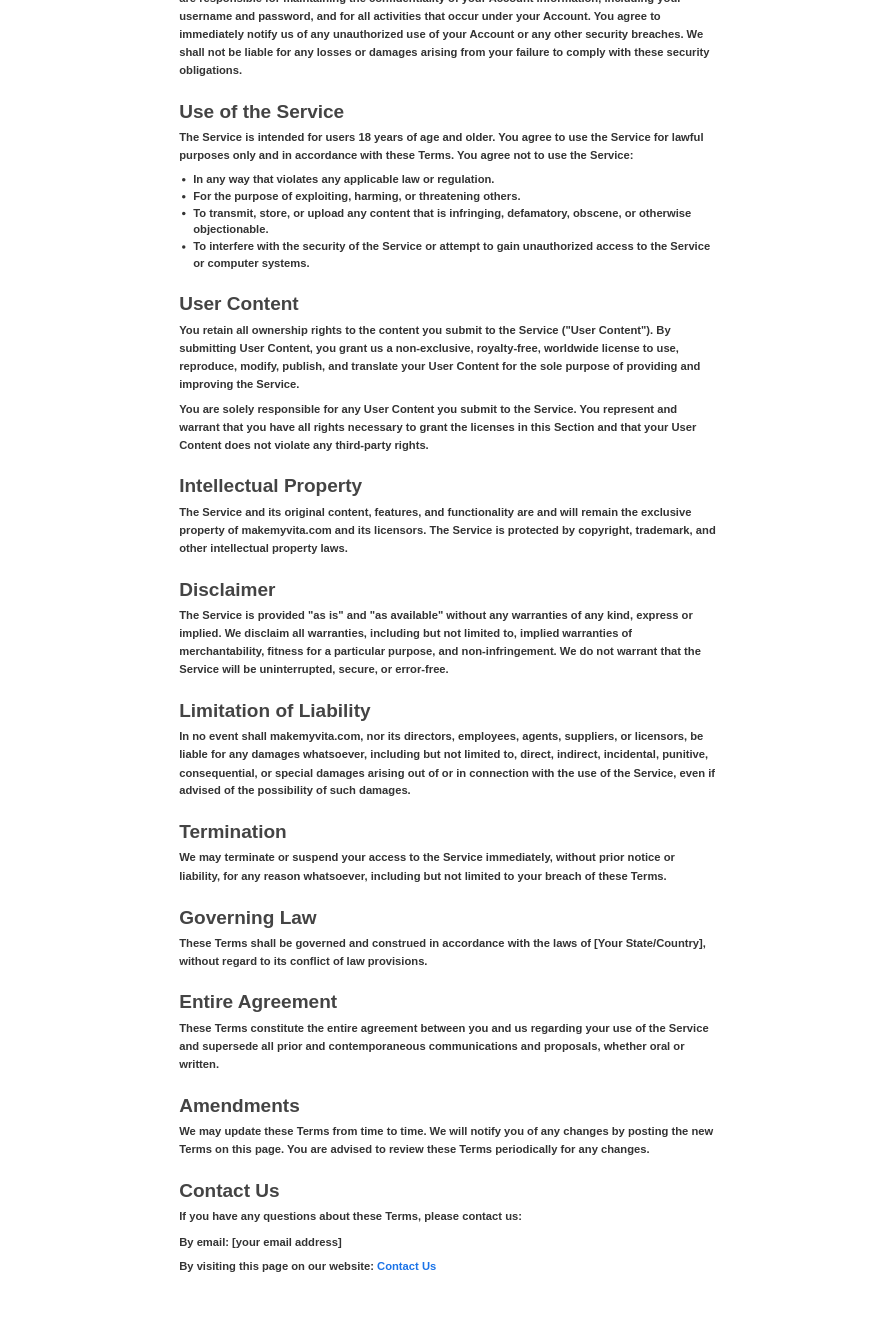
Repository: Tejaakshaykumar/MakeMyVita-Resume-Builder-Website
Page: /T&C (app in frontend/)
These files come from the project's save history. The page is drawn as it stood at one moment and after the next save; the edit follows.
The browser window is 1280 px wide. The pictures show the part of the page from y = 598 to 2518 px (the page is 2725 px tall before and 2754 px after), at 70% of full size.
Some web libraries are served in a nearby version. The project was rebuilt for these pictures with package versions that can differ from the ones it lists, and the page was loaded fresh each time. Also part of the build but not shown: frontend/src/App.css, frontend/src/containers/About.js, frontend/src/containers/Buildresume.js, frontend/src/containers/Images.js, frontend/src/containers/Features.js, frontend/src/containers/Review.js, frontend/src/containers/Trybox.js, frontend/src/containers/Motionbox.js and 5 more.

Above is the page before, as saved 2024-06-10 11:34:19.

### frontend/public/index.html
<!DOCTYPE html>
<html lang="en">
  <head>
    <meta charset="utf-8" />
    <link rel="icon" href="%PUBLIC_URL%/favicon.ico" />
    <meta name="viewport" content="width=device-width, initial-scale=1" />
    <meta name="theme-color" content="#000000" />
    <meta
      name="description"
      content="Web site created using create-react-app"
    />
    <link rel="apple-touch-icon" href="%PUBLIC_URL%/logo192.png" />
    <!--
      manifest.json provides metadata used when your web app is installed on a
      user's mobile device or desktop. See https://developers.google.com/web/fundamentals/web-app-manifest/
    -->
    <link rel="manifest" href="%PUBLIC_URL%/manifest.json" />
    <link rel="stylesheet" href="https://stackpath.bootstrapcdn.com/bootstrap/4.5.2/css/bootstrap.min.css">
  <link rel="stylesheet" href="https://stackpath.bootstrapcdn.com/font-awesome/4.7.0/css/font-awesome.min.css">
  <link href="https://cdn.jsdelivr.net/npm/bootstrap@5.3.3/dist/css/bootstrap.min.css" rel="stylesheet" integrity="sha384-QWTKZyjpPEjISv5WaRU9OFeRpok6YctnYmDr5pNlyT2bRjXh0JMhjY6hW+ALEwIH" crossorigin="anonymous">
  <link href="https://cdn.jsdelivr.net/npm/bootstrap-icons@1.7.2/font/bootstrap-icons.css" rel="stylesheet">
    <!--
      Notice the use of %PUBLIC_URL% in the tags above.
      It will be replaced with the URL of the `public` folder during the build.
      Only files inside the `public` folder can be referenced from the HTML.

      Unlike "/favicon.ico" or "favicon.ico", "%PUBLIC_URL%/favicon.ico" will
      work correctly both with client-side routing and a non-root public URL.
      Learn how to configure a non-root public URL by running `npm run build`.
    -->
    <title>React App</title>
  </head>
  <body>
    <noscript>You need to enable JavaScript to run this app.</noscript>
    <div id="root"></div>
    <!--
      This HTML file is a template.
      If you open it directly in the browser, you will see an empty page.

      You can add webfonts, meta tags, or analytics to this file.
      The build step will place the bundled scripts into the <body> tag.

      To begin the development, run `npm start` or `yarn start`.
      To create a production bundle, use `npm run build` or `yarn build`.
    -->
  </body>
  <script src="https://cdn.jsdelivr.net/npm/bootstrap@5.3.3/dist/js/bootstrap.bundle.min.js" integrity="sha384-YvpcrYf0tY3lHB60NNkmXc5s9fDVZLESaAA55NDzOxhy9GkcIdslK1eN7N6jIeHz" crossorigin="anonymous"></script>
</html>

### frontend/src/containers/Navbar.js
import React from 'react';
import { useNavigate } from 'react-router-dom';
import logo from '../images/HubSpot Brand Kit/Logo/PNG/main-logo-white-transparent.png';
export default function Navbar() {
  const navigate = useNavigate();
  const handleSigninClick = () => {
    navigate('/signin');
  };
  return (
    <div>

      <nav className="navbar fixed-top navbar-expand-lg bg-body-tertiary" data-bs-theme="dark" >
      <div className="container-fluid" >
        <a className="navbar-brand" href="/">
        <img src={logo} alt="Logo" style={{height:'5vh',width:'15vh',objectFit:'cover'}} />
        </a>
        <button
          className="navbar-toggler"
          type="button"
          data-bs-toggle="collapse"
          data-bs-target="#navbarSupportedContent"
          aria-controls="navbarSupportedContent"
          aria-expanded="false"
          aria-label="Toggle navigation"
        >
          <span className="navbar-toggler-icon" />
        </button>
        <div className="collapse navbar-collapse" id="navbarSupportedContent">
          <ul className="navbar-nav me-auto mb-2 mb-lg-0">
            <li className="nav-item">
              <a className="nav-link active" aria-current="page" href="/">
                Home
              </a>
            </li>
            <li className="nav-item">
              <a className="nav-link active" aria-current="page" href="#">
                ContactUs
              </a>
            </li>
            <li className="nav-item">
              <a className="nav-link active" aria-current="page" href="/FAQ">
                FAQ
              </a>
            </li>
          </ul>
          <form className="d-flex">
            <button className=" btn btn-outline-success custom-btn" type="submit" onClick={handleSigninClick}>
            &nbsp;&nbsp;&nbsp;&nbsp;&nbsp;Signin&nbsp;&nbsp;&nbsp;&nbsp;&nbsp;
            </button>
          </form>
        </div>
      </div>
    </nav>

    </div>
  );
}

### frontend/src/containers/Foot.js
import React from 'react';
import './cont.css'; // Import the CSS file

export default function Foot() {
  return (
    <footer>
      <div className="footer-container ">
        <ul className="footer-nav">
        <li className="nav-item">
            <a className="nav-link" href="/aboutus">
              ABOUT US
            </a>
          </li>
          <>|</>
          <li className="nav-item">
            <a className="nav-link" href="/T&C">
              TERMS & CONDITIONS
            </a>
          </li>
          <>|</>
        <li className="nav-item">
            <a className="nav-link" href="/privacy">
              PRIVACY POLICY
            </a>
          </li>
          <>|</>
          <li className="nav-item">
            <a className="nav-link" href="#">
              CONTACT US
            </a>
          </li>
          <>|</>
          <li className="nav-item">
            <a className="nav-link" href="/FAQ">
              FAQs
            </a>
          </li>
        </ul>
        <div class="social-icons">
        <a href="https://www.facebook.com" target="_blank" aria-label="Facebook">
          <i class="bi bi-facebook"></i>
        </a>
        <a href="https://www.instagram.com" target="_blank" aria-label="Instagram">
          <i class="bi bi-instagram"></i>
        </a>
        <a href="https://www.pinterest.com" target="_blank" aria-label="Pinterest">
          <i class="bi bi-pinterest"></i>
        </a>
        <a href="https://www.youtube.com" target="_blank" aria-label="YouTube">
          <i class="bi bi-youtube"></i>
        </a>
        <a href="https://www.linkedin.com" target="_blank" aria-label="LinkedIn">
          <i class="bi bi-linkedin"></i>
        </a>
        <a href="https://www.twitter.com" target="_blank" aria-label="Twitter">
          <i class="bi bi-twitter"></i>
        </a>
      </div>
      <div className="footer-copy">
          &copy; 2024 developed by Teja Akshay Kumar
      </div>
      </div>
    </footer>
  );
}

### frontend/src/containers/cont.css
/* navbar */
.custom-btn {
  color: white;
}
.custom-btn:hover {
  color: black;
  background-color: white;
}

.footer-container {
  height: 25vh;
  width: 100%;
  background-color: rgb(0, 0, 0);
  color: white;
  display: flex;
  flex-direction: column;
  align-items: center;
  /* padding-bottom: 3%; */
  /* justify-content: center; */
}

.footer-nav {
  display: flex;
  list-style: none;
  padding-top: 30px;
  margin: 0;
}

.footer-nav .nav-item {
  margin: 0 50px;
}

.footer-nav .nav-item .nav-link {
  color: white;
  text-decoration: none;
  /* text-transform: uppercase; */
  /* text-decoration: underline; */
}

.footer-nav .nav-item .nav-link:hover {
  text-decoration: underline;
}

.footer-copy {
  /* padding-top: 5%; */
  text-align: center;
  font-size: large;
  font-weight: 500;
  /* padding-bottom: 3%; */
}

.social-icons {
  display: flex;
  justify-content: center;
  gap: 40px;
  padding: 40px;
  /* background-color: #f0f0f0; */
}

.social-icons a {
  color: #ffffff;
  font-size: 24px;
  text-decoration: none;
}

.social-icons a:hover {
  color: #007bff;
}

/* Features */

.feature-component {
  height: 90vh;
  width: 100%;
  display: flex;
  justify-content: flex-start;
  flex-wrap: wrap;
  margin-top: 10%;
  padding-left: 8%;
  padding-right: 8%;
}
.feature {
  flex: 1 1 30%;
  box-sizing: border-box;
  padding: 20px;
  margin: 10px;
  text-align: center;
  background-color: #fff;
  border-radius: 8px;
  /* box-shadow: 0 4px 8px rgba(0, 0, 0, 0.1); */
}

.feature img {
  width: 60px;
  height:80px;
  margin-bottom: 10px;
}

.feature h3 {
  font-size: 1.5em;
  margin-bottom: 10px;
  font-weight: 500;
  font-family:'Franklin Gothic Medium', 'Arial Narrow', Arial, sans-serif;
}

.feature p {
  font-size: 1.3em;
  color: #666;
  font-weight: 400;
  font-family: 'Gill Sans', 'Gill Sans MT', Calibri, 'Trebuchet MS', sans-serif;
}

.feature:hover {
  background: linear-gradient(to right, #fd4908, #1e90ff);
  box-shadow: black;
  border-radius: 5%;
  color: rgb(255, 255, 255);
}

.feature:hover h3,
.feature:hover p {
  color: rgb(255, 255, 255);
}

/* About */
.resume-builder-container {
  display: flex;
  flex-direction: row;
  justify-content: space-between;
  align-items: center;
  padding: 10vh;
  /* background-color: #fff; */
  background: linear-gradient(to right, #84eefc, #ffffff, #ffffff);
  /* background:linear-gradient(to left, #00e1ff,#ffffff, #ffffff); */
  /* border: 1px solid #ddd; */
  /* border-radius: 8px; */
  /* box-shadow: 0 2px 4px rgba(0, 0, 0, 0.1); */
  height: 80vh;
}

.resume-builder-container1 {
  display: flex;
  flex-direction: row;
  justify-content: space-between;
  align-items: center;
  padding: 10vh;
  height: 80vh;
  background: linear-gradient(to top, #ffffff, #59CE8F,#E8F9FD, #ffffff);
}

/* .resume-builder-image {
    -webkit-mask-image: radial-gradient(circle, rgba(0, 0, 0, 1) 50%, rgba(0, 0, 0, 0) 90%);
    mask-image: radial-gradient(circle, rgba(0, 0, 0, 1) 50%, rgba(0, 0, 0, 0) 90%);
  }
   */
.resume-builder-content {
  max-width: 60%;
  padding: 10%;
}

.resume-builder-content1 {
  max-width: 70%;
  padding: 10%;
}

.resume-builder-content h1 {
  font-size: 4em;
  color: #333;
  margin-bottom: 10px;
  font-family: "Franklin Gothic Medium", "Arial Narrow", Arial, sans-serif;
  text-align: left;
}

.resume-builder-content p {
  font-size: 1.4em;
  font-weight: 400;
  color: #666;
  line-height: 1.5;
  margin-bottom: 20px;
  /* padding-left: 2%; */
  /* text-align: center; */
}

.resume-builder-content1 h1 {
  font-size: 4em;
  color: #333;
  margin-bottom: 10px;
  font-family: "Franklin Gothic Medium", "Arial Narrow", Arial, sans-serif;
  text-align: left;
}

.resume-builder-content1 p {
  font-size: 1.4em;
  font-weight: 400;
  color: #666;
  line-height: 1.5;
  margin-bottom: 20px;
  /* padding-left: 2%; */
  /* text-align: center; */
}

.aboutbutton {
  height: 6vh;
  width: 27%;
  margin-left: 20%;
  margin-top: 2%;
  text-align: center;
  font-weight: 500;
  border-radius: 7px;
  color: #ffffff;
  font-weight: 700;
  transition: background 0.3s ease;
  /* border-style:solid; */
  border-color: white;
  background: #3e14fc;
  box-shadow: 0 2px 6px rgba(24, 23, 23, 0.801);
  /* box-shadow: #3e14fc; */
}
.aboutbutton:hover {
  transition: background 0.3s ease;
  border-style: solid;
  background: linear-gradient(to right, #ffd000, #ff0000);
  box-shadow: #3e14fc;
}

.create-now-button {
  background-color: #00b0ff;
  color: #fff;
  border: none;
  padding: 10px 20px;
  font-size: 1em;
  border-radius: 5px;
  cursor: pointer;
}

.create-now-button:hover {
  background-color: #008cba;
}

.resume-builder-image {
  max-width: 40%;
}

.resume-builder-image img {
  max-width: 100%;
  height: auto;
  border-radius: 8px;
}

.text-gradient {
  background: linear-gradient(to right, #ff7f50, #1e90ff);
  -webkit-background-clip: text;
  -webkit-text-fill-color: transparent;
  background-clip: text;
  color: transparent;
}

.icon-container {
  width: 100%;
  height: 100px;
  overflow: hidden;
  white-space: nowrap;
  position: relative;
  background-color: #ffffff;
  padding-bottom: 25px;
}

.icons {
  display: inline-block;
  animation: moveIcons 40s linear infinite;
}

.icons img {
  font-size: 24px;
  margin: 0 15px; /* Add some margin between icons */
  color: #333;
  /* width: 100px; Adjust the size as needed */
  height: 50px;
}

@keyframes moveIcons {
  0% {
    transform: translateX(70%);
  }
  100% {
    transform: translateX(-100%);
  }
}

.try {
  height: 30vh;
  width: 100%;
  background-image: url("C:/Users/tejaa/Downloads/pexels-magda-ehlers-pexels-1279813.jpg");
  background-size: cover;
  align-items: center;
  display: flex;
  flex-direction: column;
  justify-content: center;
  margin-bottom: 7vh;
  margin-top: 5vh;
}

.try h2 {
  font-size: 280%;
  color: antiquewhite;
  text-shadow: 5px 5px 3px rgba(0, 0, 0, 0.3);
}
.try button {
  height: 4vh;
  width: 15%;
  font-weight: 700;
  border-radius: 5cm;
  color: blanchedalmond;
  border: #ffffff;
  background: linear-gradient(to right, #fd0808, #a51eff);
}

/* Review */
/* Styles for the main container */
/* Swiper specific styles */
/* #App {
  height: 100%;
}
html,
body {
  position: relative;
  height: 100%;
}

body {
  background: #eee;
  font-family: Helvetica Neue, Helvetica, Arial, sans-serif;
  font-size: 14px;
  color: #000;
  margin: 0;
  padding: 0;
} */
.swiper-container {
  /* position: relative; */
  height: 30vh;
  background: #ffffff;
  font-family: Helvetica Neue, Helvetica, Arial, sans-serif;
  font-size: 14px;
  color: #000;
  margin: 30px;
  padding: 10px;
  display: flex;
  flex-direction: row;
  justify-content: center;
}

.swiper {
  width: 100%;
  height: 100%;
}

.swiper-slide {
  text-align: center;
  font-size: 18px;
  background: #ffffff;
  display: flex;
  justify-content: center;
  align-items: center;
  padding-top: 20%;
  /* margin: 5%; */
}

.swiper-slide img {
  display: block;
  width: 100%;
  height: 100%;
  object-fit: cover;
}

.autoplay-progress {
  position: absolute;
  right: 16px;
  bottom: 16px;
  z-index: 10;
  width: 48px;
  height: 48px;
  display: flex;
  align-items: center;
  justify-content: center;
  font-weight: bold;
  color: var(--swiper-theme-color);
}

.autoplay-progress svg {
  --progress: 0;
  position: absolute;
  left: 0;
  top: 0px;
  z-index: 10;
  width: 100%;
  height: 100%;
  stroke-width: 4px;
  stroke: var(--swiper-theme-color);
  fill: none;
  stroke-dashoffset: calc(125.6px * (1 - var(--progress)));
  stroke-dasharray: 125.6;
  transform: rotate(-90deg);
}

### frontend/src/pages/pagestyles.css
/* TandC */
.tandc-container {
    max-width: 100%;
    margin: 0 auto;
    padding: 6% 20%;
    font-family: Arial, sans-serif;
    color: #333;
    /* margin-top: 7%; */
  }

  .tandc-container h1 {
    text-align: center;
    margin-bottom: 20px;
    font-weight: 700;
    font-size: 5rem;
  }

  .tandc-container h2 {
    margin-top: 30px;
    color: #444;
    font-weight: 700;
    font-size: 1.7rem;
  }

  .tandc-container p {
    line-height: 1.6;
    font-weight: 600;
    font-size: 1rem;
  }

  .tandc-container ul {
    list-style-type: disc;
    padding-left: 20px;
    font-weight: 600;
    font-size: 1rem;
  }

  .tandc-container a {
    color: #1a73e8;
    text-decoration: none;
  }

  .tandc-container a:hover {
    text-decoration: underline;
  }


  /* Privacy */
  .privacy-container {
    max-width: 800px;
    margin: 0 auto;
    padding: 20px;
    font-family: 'Arial', sans-serif;
    color: #333;
    line-height: 1.6;
    background-color: #fff;
    border-radius: 8px;
    box-shadow: 0 0 10px rgba(0, 0, 0, 0.1);
  }

  h1 {
    text-align: center;
    color: #333;
    font-size: 2.5rem;
    margin-bottom: 20px;
  }

  h2 {
    color: #444;
    font-size: 1.75rem;
    margin-top: 20px;
  }

  h3 {
    color: #555;
    font-size: 1.5rem;
    margin-top: 15px;
  }

  p {
    margin-bottom: 10px;
  }

  ul {
    list-style-type: disc;
    padding-left: 20px;
  }

  a {
    color: #1a73e8;
    text-decoration: none;
  }

  a:hover {
    text-decoration: underline;
  }

  @media (max-width: 600px) {
    .privacy-container {
      padding: 10px;
    }

    h1 {
      font-size: 2rem;
    }

    h2 {
      font-size: 1.5rem;
    }

    h3 {
      font-size: 1.25rem;
    }
  }

  /* Aboutus */
  .about-container {
    font-family: 'Arial', sans-serif;
    color: #fff;
    max-width: 1200px;
    margin: 0 auto;
    padding: 20px;
    background-color: #000; /* For overall contrast, adjust as needed */
  }

  .about-top {
    position: relative;
    text-align: center;
    color: white;
  }

  .about-image {
    width: 100%;
    height: auto;
    border-radius: 10px;
    opacity: 0.8;
  }

  .about-content {
    position: absolute;
    top: 50%;
    left: 50%;
    transform: translate(-50%, -50%);
    background-color: rgba(0, 0, 0, 0.5); /* Semi-transparent background */
    padding: 20px;
    border-radius: 10px;
    max-width: 90%;
    text-align: left;
  }

  .about-content h1 {
    font-size: 3rem;
    margin-bottom: 10px;
  }

  .about-content p {
    font-size: 1.2rem;
  }

  .about-bottom {
    background-color: #222;
    padding: 40px;
    border-radius: 10px;
    margin-top: 20px;
  }

  .about-bottom h2 {
    font-size: 2rem;
    margin-bottom: 20px;
  }

  .about-bottom p,
  .about-bottom ul {
    font-size: 1.2rem;
    line-height: 1.6;
  }

  .about-bottom ul {
    list-style-type: disc;
    padding-left: 20px;
  }

  .about-bottom h3 {
    font-size: 1.5rem;
    margin-top: 20px;
  }

  @media (max-width: 768px) {
    .about-content h1 {
      font-size: 2rem;
    }

    .about-content p {
      font-size: 1rem;
    }

    .about-bottom h2 {
      font-size: 1.5rem;
    }

    .about-bottom p,
    .about-bottom ul {
      font-size: 1rem;
    }
  }

  /* FAQ */
  /* styles.css */

/* body, html {
  margin: 0;
  padding: 0;
  font-family: Arial, sans-serif;
  background-color: #f7f7f7;
}

.app {
  display: flex;
  justify-content: center;
  align-items: center;
  min-height: 100vh;
  padding: 20px;
} */

.faq-container {
  background-color: white;
  padding: 20px;
  border-radius: 8px;
  max-width: 800px;
  width: 100%;
  box-shadow: 0 4px 8px rgba(0, 0, 0, 0.1);
}

.faq-container h1 {
  text-align: center;
  margin-bottom: 20px;
}

.faq-container input {
  width: 100%;
  padding: 10px;
  margin-bottom: 20px;
  border: 1px solid #ccc;
  border-radius: 4px;
}

.faq-list {
  max-height: 500px;
  overflow-y: auto;
}

.faq-item {
  border-bottom: 1px solid #eee;
  padding: 10px 0;
}

.faq-question {
  cursor: pointer;
  font-weight: bold;
}

.faq-answer {
  margin-top: 10px;
}

.related-articles {
  margin-top: 10px;
}

.related-articles h4 {
  margin-bottom: 5px;
}

.related-articles ul {
  padding-left: 20px;
  margin: 0;
}

.related-articles li {
  list-style-type: disc;
}



  /* Dashboard */
  body {
    font-family: Arial, sans-serif;
  }

  .sidebar {
    position: fixed;
    top: 0;
    bottom: 0;
    left: 0;
    z-index: 100;
    padding: 48px 0 0;
    box-shadow: inset -1px 0 0 rgba(0, 0, 0, .1);
  }

  .sidebar .nav-link {
    font-weight: 500;
    color: #333;
  }

  .sidebar .nav-link.active {
    color: #007bff;
  }

  .sidebar .nav-link:hover {
    color: #007bff;
  }

  .sidebar .sidebar-title {
    padding: 16px;
    font-size: 1.5rem;
    text-align: center;
  }

  .sidebar-footer {
    position: absolute;
    bottom: 0;
    width: 100%;
    padding: 16px;
    text-align: center;
  }

  .sidebar-footer .nav-link {
    color: #007bff;
  }

  .sidebar-footer .nav-link:hover {
    color: #0056b3;
  }

  .badge-new {
    background-color: #28a745;
    color: white;
    padding: 4px 8px;
    border-radius: 12px;
  }

  .card {
    margin-bottom: 1.5rem;
  }

  .card-title {
    font-size: 1.5rem;
    font-weight: bold;
  }

  .alert {
    margin-bottom: 0;
    font-size: 0.875rem;
  }

  @media (max-width: 767.98px) {
    .sidebar {
      position: relative;
      width: 100%;
      height: auto;
    }

    .sidebar .nav-link {
      font-size: 0.875rem;
    }
  }


  /* Signin */


  .signin {
    /* background: linear-gradient(45deg, #a1c4fd, #c2e9fb); */
    font-family: 'Arial', sans-serif;
    /* background:linear-gradient(to top,#000000,#5A72A0,#83B4FF,#FDFFE2); */
    background:linear-gradient(to top,#000000,#243763);
    /* background:linear-gradient(to top,#000000,#E96479,#F5E9CF,#c4fffd); */

    height: 100vh;
    display: flex;
    justify-content: center;
    align-items: center;
    margin-bottom: -2%;
  }

  .signin-container {
    text-align: center;

  }

  .signin-box {
    background: #fff;
    padding: 40px;
    border-radius: 8px;
    box-shadow: 0px 0px 20px rgba(0, 0, 0, 0.301);
    width: 500px;
    max-width: 90%;
  }

  .signin-header h2 {
    font-size: 24px;
    font-weight: 700;
    margin-bottom: 10px;
  }

  .signin-header p {
    font-size: 14px;
    color: #777;
    margin-bottom: 20px;
  }

  .form-group {
    margin-bottom: 15px;
  }

  .form-group label {
    display: block;
    text-align: left;
    margin-bottom: 5px;
  }

  .form-control {
    width: 100%;
    padding: 10px;
    border: 1px solid #ccc;
    border-radius: 4px;
    box-sizing: border-box;
  }

  .input-group {
    display: flex;
    align-items: center;
  }

  .input-group-append {
    background: #fff;
    border: 1px solid #ccc;
    border-left: 0;
    padding: 10px;
    border-radius: 0 4px 4px 0;
    cursor: pointer;
  }

  .form-check {
    display: flex;
    align-items: center;
    justify-content: space-between;
    margin: 20px 0;
  }

  .form-check-input {
    margin-right: 10px;
  }

  .form-check-label {
    margin-right: auto;
  }

  .forgot-password {
    color: #000;
    text-decoration: none;
  }

  .btn {
    width: 100%;
    padding: 10px;
    border: none;
    border-radius: 4px;
    cursor: pointer;
    font-size: 16px;
    font-weight: bold;
  }

  .btn-primary {
    background: #000;
    color: #fff;
  }

  .or-use {
    margin: 20px 0;
  }

  .or-use span {
    background: #fff;
    padding: 0 10px;
    color: #777;
  }

  .social-login {
    display: flex;
    justify-content: center;
    margin: 20px 0;
  }

  .social-login button {
    margin: 0 10px;
    width: 50px;
    height: 50px;
    border-radius: 50%;
    border: 1px solid #ccc;
    display: inline-flex;
    justify-content: center;
    align-items: center;
    background: #fff;
    cursor: pointer;
  }

  footer {
    margin-top: 20px;
  }

  footer p {
    font-size: 14px;
    color: #777;
  }

Loaded but not shown: frontend/src/index.js (common file); frontend/src/index.css (common file); frontend/src/reportWebVitals.js (common file); frontend/src/pages/TandC.js (106 lines, source omitted); frontend/src/App.js (99 lines, source omitted)

After the next save:
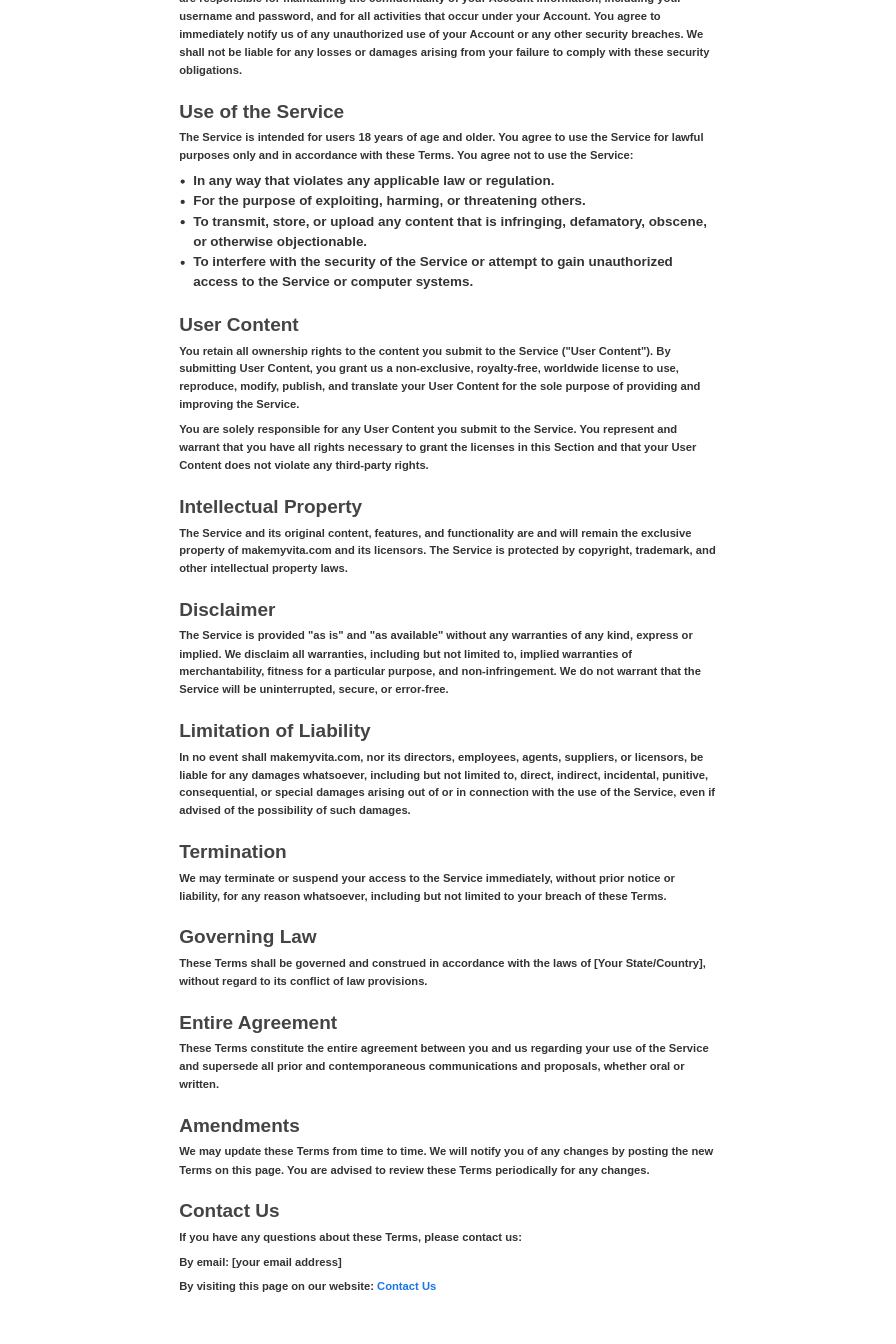
Saved 26 s later.
--- a/frontend/src/pages/pagestyles.css
+++ b/frontend/src/pages/pagestyles.css
@@ -32,7 +32,7 @@
     list-style-type: disc;
     padding-left: 20px;
     font-weight: 600;
-    font-size: 1rem;
+    font-size: 1.2rem;
   }
 
   .tandc-container a {
